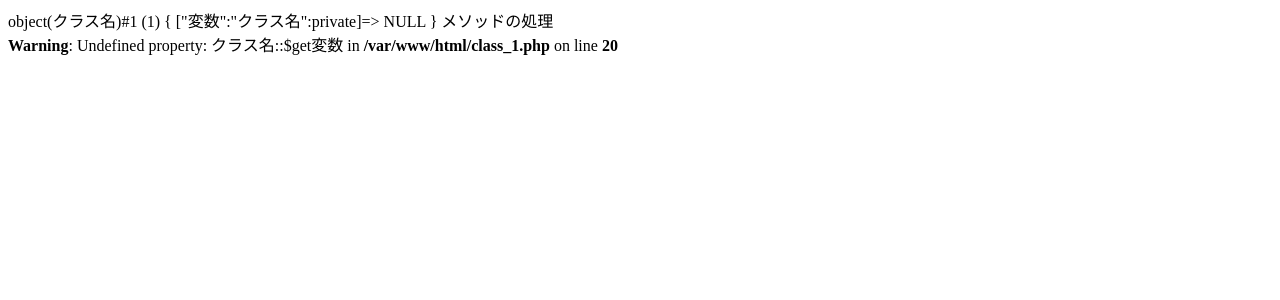
Repository: NishidaShiko/kadai
Page: http://localhost/class_1.php
The author's editor kept a record of every edit. The page is drawn from the files as they stood at one moment, then again after the next edit.
The browser window is 1280 px wide. The pictures show the whole page.
The page is run by PHP 8.4 with error messages shown; the project is at /var/www/html/.

Above is the page before.

After the next edit:
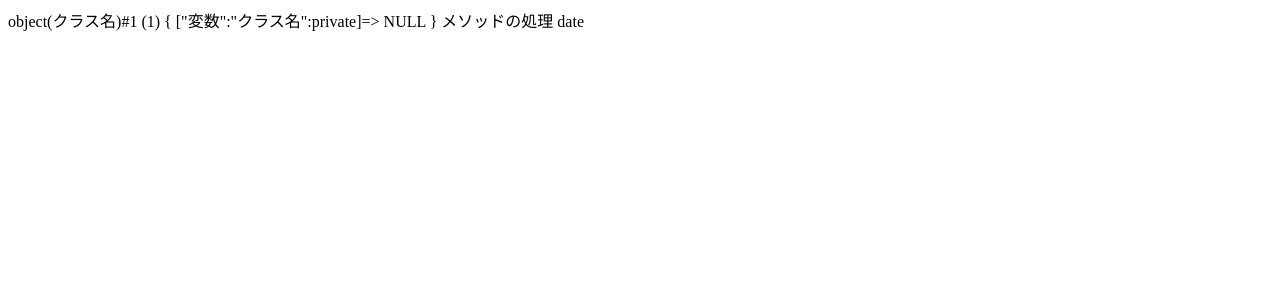
The edit:
--- a/class_1.php
+++ b/class_1.php
@@ -17,7 +17,7 @@
 
     public function get変数()
     {
-        return $this->get変数;
+        return $this->変数;
     }
 }
 
